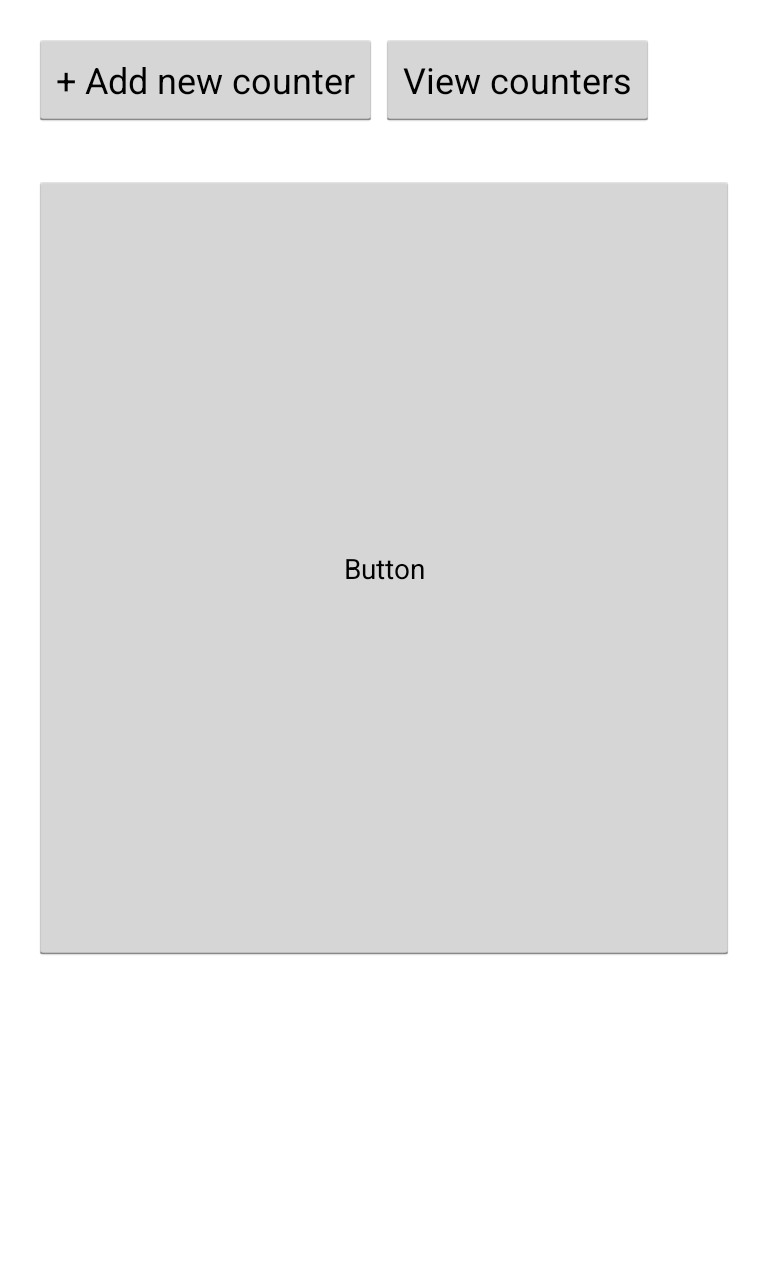
Repository: arweber1/CMPUT301_Assignment1
Layout: Assignment1/res/layout/activity_main.xml
The author's editor kept a copy of each file at every save. The layout is drawn from the files as they stood at one save, then again after the next save.
It is drawn on a 768 x 1280 px phone screen (xhdpi) without system bars, with theme AppTheme; the app's code is not run.

Above is the layout before, as saved 2014-01-18 13:24:12.

After the next save:
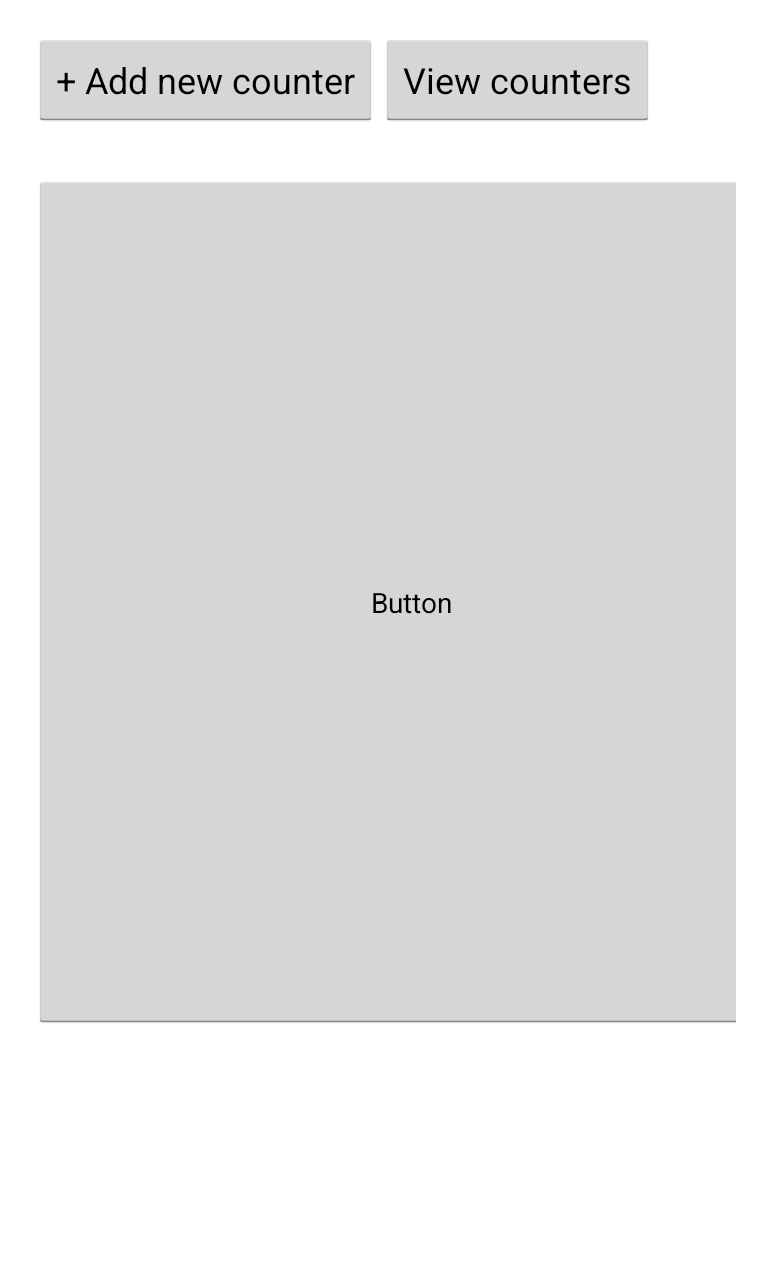
Saved 3 min 17 s later.
--- a/Assignment1/res/layout/activity_main.xml
+++ b/Assignment1/res/layout/activity_main.xml
@@ -46,8 +46,8 @@
             <Button
                 android:id="@+id/button3"
                 style="?android:attr/buttonStyleSmall"
-                android:layout_width="match_parent"
-                android:layout_height="394dp"
+                android:layout_width="379dp"
+                android:layout_height="428dp"
                 android:text="Button" />
 
         </LinearLayout>
